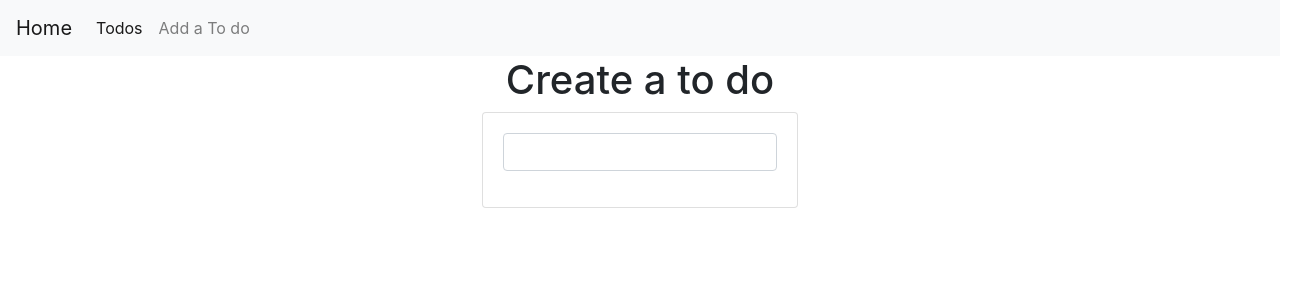
Repository: Azariagmt/laravel-to-do-app
Page: http://localhost/new-to-do
These files come from the project's save history. The page is drawn as it stood at one moment and after the next save; the edit follows.
The browser window is 1280 px wide. The page is 1295 px wide, so the pictures cover 1295 px, including what lies to the right of the window. The pictures show the whole page.
The page is served by the project's Laravel application, run on PHP 8.4 with Laravel 8.

Above is the page before, as saved 2020-04-27 22:47:43.

After the next save:
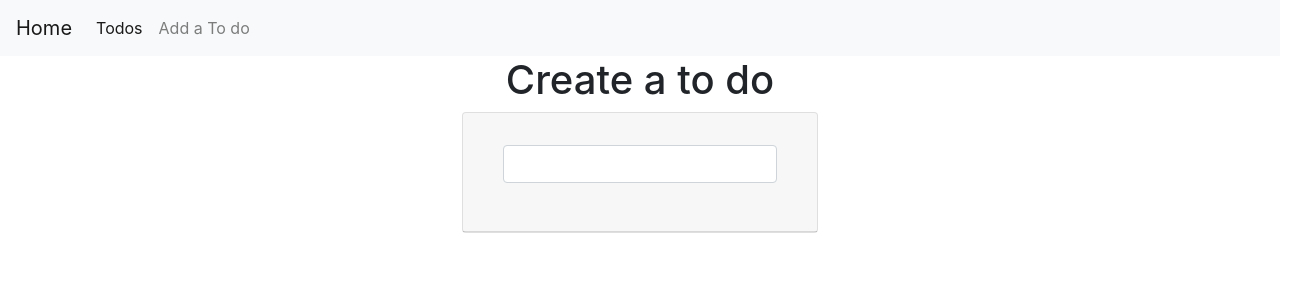
Saved 10 s later.
--- a/resources/views/todos/new.blade.php
+++ b/resources/views/todos/new.blade.php
@@ -6,6 +6,7 @@ Create a to do
 </h1>
 <div class="row justify-content-center">
 <div class="card card-default">
+<div class="card-header">
 <div class="card-body">
 <form action="">
 <div class="form-group">
